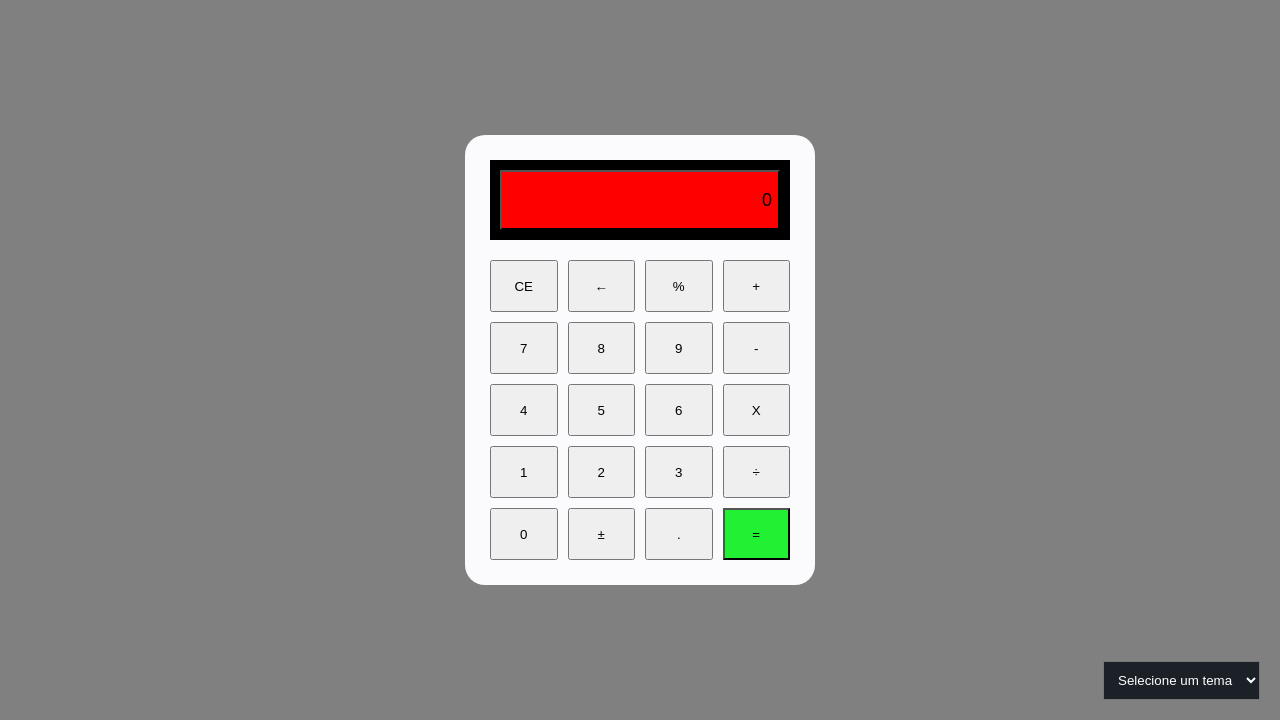
Repository: thislucasme/changing-theme-color-html-css-js
Page: index.html
An editor plug-in stored every save of this project. The page is shown before and after the next save, followed by the edit.
The browser window is 1280 px wide. The pictures show the whole page.

Above is the page before, as saved 2022-06-29 16:34:55.

### index.html
<!DOCTYPE html>
<html lang="pt_BR">

<head>
    <meta charset="UTF-8">
    <meta http-equiv="X-UA-Compatible" content="IE=edge">
    <meta name="viewport" content="width=device-width, initial-scale=1.0">
    <title>Atividade 22 - Calculadora Javascript</title>
    <link href="css/estilo.css" rel="stylesheet"/>
</head>

<body>
    <div class="calculadora">
        <div class="painel" >
            <div class="operacao" ></div>
            <div class="resultado"></div>
            <button id="resultado"  name="resultado">0</button>
        </div>

        <div class="botoes">
            <button class="botao" id="apagar" onclick="limpar(0)">CE</button>
            <button class="botao" id="apagar" onclick="apagarUltimo()">&#8592;</button>
            <button class="botao" id="porcentagem" onclick="porcentagem()">%</button>
            <button class="botao" id="soma" onclick="verificarSinal('+')">+</button>
            <button class="botao" id="sete" onclick="pegarNumero(7)">7</button>
            <button class="botao" id="oito" onclick="pegarNumero(8)">8</button>
            <button class="botao" id="nove" onclick="pegarNumero(9)">9</button>
            <button class="botao" id="subtrair" onclick="verificarSinal('-')">-</button>
            <button class="botao" id="quatro" onclick="pegarNumero(4)">4</button>
            <button class="botao" id="cinco" onclick="pegarNumero(5)">5</button>
            <button class="botao" id="seis" onclick="pegarNumero(6)">6</button>
            <button class="botao" id="multiplicar" onclick="verificarSinal('x')">X</button>
            <button class="botao" id="um" onclick="pegarNumero(1)">1</button>
            <button class="botao" id="dois" onclick="pegarNumero(2)">2</button>
            <button class="botao" id="3" onclick="pegarNumero(3)">3</button>
            <button class="botao" id="dividir" onclick="verificarSinal('/')">&#247;</button>
            <button class="botao" id="0" onclick="pegarNumero(0)">0</button>
            <button class="botao" id="mais/menos" onclick="mudarSinal()">&#177;</button>
            <button class="botao" id="virgula" onclick="colocarPonto()">.</button>
            <button class="botao" id="igual" onclick="darResultado()">=</button>
        </div>
    </div>
    <select name="tema" id="tema" >
        <option value="tema-padrao">Selecione um tema</option>
        <option value="tema-1">Tema 1</option>
        <option value="tema-2">Tema 2</option>
        <option value="tema-3">Tema 3</option>
        <option value="tema-4">Tema 4</option>
        <option value="tema-5">Tema 5</option>
    </select>
</body>

<script src="js/script.js" ></script>

</html>

### css/estilo.css
body {
    background-color: grey;
}

html {
    margin: 0;
    padding: 0;
    height: 100vh;
    display: flex;
    justify-content: center;
    align-items: center;
}

.tema-padrao {
    --color-primary: #0060df;
    --color-secondary: #fbfbfe;
    --color-accent: #fd6f53;
    --font-color: #000000;
    --visor-color: #000000;
    --visor-interno-color: #9b0e6c;
    --cor-botao-igual: rgb(33, 241, 50);
}

.tema-1 {
    --color-primary: #0060df;
    --color-secondary: #fbfbfe;
    --color-accent: #fd6f53;
    --font-color: #000000;
    --visor-color: #000000;
    --visor-interno-color: #696969;
    --cor-botao-igual: rgb(210, 241, 33);
}

.theme-dark {
    --color-primary: #17ed90;
    --color-secondary: #243133;
    --color-accent: #12cdea;
    --font-color: #ffffff;
    --visor-color: #000000;
    --visor-interno-color: #575107;
    --cor-botao-igual: rgb(238, 61, 61);
}

.calculadora {
    width: 300px;
    height: 400px;
    background-color: var(--color-secondary);
    border-radius: 20px;
    padding: 25px;
    display: flex;
    flex-direction: column;

}

#igual {
    background-color: var(--cor-botao-igual);
}



.painel {
    height: 80px;
    width: 100%;
    background-color: var(--visor-color);
    margin-bottom: 20px;
    font-family: 'LCDMono2 Bold', monospace;
    color: rgba(0, 0, 0, 0.6);
    text-shadow: 4px 4px 3px rgb(0 0 0 / 30%);
    padding: 10px;
    box-sizing: border-box;
    text-align: right;
}

#resultado {
    background-color: red;
    height: 60px;
    width: 100%;
    text-align: right;
    font-size: 18px;
}

.botoes {

    display: grid;
    grid-template-columns: repeat(4, 1fr);
    grid-template-rows: repeat(5, 1fr);
    gap: 10px;
    flex: 1;
}

.botoes a {

    background-color: #666;
    text-decoration: none;
    color: black;
    text-align: center;
    font-size: 1.5em;
    display: flex;
    justify-content: center;
    align-items: center;
}

.btn-igual {
    grid-row-start: 4;
    grid-row-end: 6;
    grid-column-start: 4;

}

.btn-c {
    grid-column-start: 1;
    grid-column-end: 3;
}

.btn-0 {
    grid-column-start: 1;
    grid-column-end: 3;
}

#tema {
    background-color: rgb(28, 32, 39);
    color: white;
    padding: 10px;
    position: fixed;
    bottom: 20px;
    right: 20px;
}

#tema>option:hover {
    box-shadow: 0 0 10px 100px #a86218 inset;

}

.tema-1 {
    background-color: grey;
}

.tema-1 .botoes a {
    background-color: aquamarine;
    box-shadow: #666;
}

.tema-2 {
    background-color: red;
}

.tema-3 {
    background-color: azul;
}

.tema-4 {
    background-color: aquamarine;
}

@font-face {
    font-family: 'LCDMono2 Bold';
    font-style: normal;
    font-weight: normal;
    src: local('LCDMono2 Bold'), url('../fonts/LCDM2B__.woff') format('woff');
}

### js/script.js
const nmrTela = document.getElementById("resultado")
var valoresEspaco = '';
var valores = []
window.addEventListener("keydown", teclado);



function pegarNumero(numero) {
    if (nmrTela.innerHTML == "0") {
        nmrTela.innerHTML = numero
    }
    else {
        nmrTela.innerHTML += `${numero}`
    }
}

function verificarSinal(sinal) {
    if (valores.length <= 1) {
        valoresEspaco = nmrTela.innerHTML.split(' ')
        valores.push(parseFloat(nmrTela.innerHTML))
        nmrTela.innerHTML += ` ${sinal} `
        valores.push(sinal)
    }
}

function porcentagem() {
    var caracteres = nmrTela.innerHTML.split(' ')
    console.log(caracteres.length, caracteres)
    if (caracteres.length == 3) {
        var valorPorCento = parseFloat(caracteres[2]) / 100
        var caracteresValor2 = caracteres[2].split('')
        if (caracteresValor2.length != 0) {
            if (caracteresValor2[caracteresValor2.length - 1] != "%") {
                nmrTela.innerHTML += '%'
            }
            valores.push(valorPorCento)
        }
    }
}

function colocarPonto() {
    var caracteresDaConta = []
    var caracteresValor1 = []
    var caracteresValor2 = []
    caracteresDaConta.push(nmrTela.innerHTML.trim().split(' '))//separa entre valor 1, operação e valor2
    caracteresValor1.push(caracteresDaConta[0][0].split(''))//separa cada caractere do valor 1

    if (caracteresDaConta[0].length == 3) {
        caracteresValor2.push(caracteresDaConta[0][2].split(''))//se exister 3 posições, separa cada caractere do valor 2
        verificarSeExistePonto(caracteresValor2)
    }

    verificarSeExistePonto(caracteresValor1)

    function verificarSeExistePonto(caracteresValor) {
        for (let i in caracteresValor[0]) {
            if (caracteresValor[0][i] == '.') {
                var acumuladora = '.'
            }
        }

        if (!(acumuladora == '.')) {
            nmrTela.innerHTML += '.'
        }
    }
}

function mudarSinal() {
    const caracteresDaConta = nmrTela.innerHTML.trim().split(' ')
    let caracteresValor1 = caracteresDaConta[0].split('')
    let valor1 = ''
    let valor2 = ''

    if (caracteresDaConta.length == 3) {
        var caracteresValor2 = caracteresDaConta[2].split('')

        if (caracteresValor2[0] == '-') {
            caracteresValor2.shift()
            imprimirValor(caracteresValor2, valor2, caracteresDaConta)
        }
        else {
            caracteresValor2.unshift('-')
            imprimirValor(caracteresValor2, valor2, caracteresDaConta);
        }
    }

    if (valores.length == 0) {
        if (caracteresValor1[0] == "-") {
            caracteresValor1.shift()
            imprimirValor(caracteresValor1, valor1)
        }
        else {
            caracteresValor1.unshift('-')
            imprimirValor(caracteresValor1, valor1)
        }
    }

    function imprimirValor(caracteresValor, valorNumero, caracteresConta) {
        caracteresValor.forEach(valor => {
            valorNumero += valor;
        })
        if (caracteresConta != undefined) {
            nmrTela.innerHTML = `${caracteresConta[0]} ${caracteresConta[1]} ${valorNumero}`
        }
        else {
            nmrTela.innerHTML = valorNumero
        }
    }
}

function darResultado() {
    var resultado = 0
    var operacao = valores[1]
    if (operacao == '-') {
        tratarResultado('-')
    }
    else if (operacao == '+') {
        tratarResultado('+')
    }
    else if (operacao == 'x') {
        tratarResultado('*')
    }
    else if (operacao == '/') {
        tratarResultado('/')
    }
    valores.splice(0, 3)

    function tratarResultado(operacao) {
        valoresEspaco = nmrTela.innerHTML.split(' ')
        valores.push(valoresEspaco[2])
        switch (operacao) {
            case '-':
                resultado = parseFloat(valores[0]) - parseFloat(valores[2])
                limpar(resultado)
                break;
            case '+':
                resultado = parseFloat(valores[0]) + parseFloat(valores[2])
                limpar(resultado)
                break;
            case '*':
                resultado = parseFloat(valores[0]) * parseFloat(valores[2])
                limpar(resultado)
                break;
            case '/':
                resultado = parseFloat(valores[0]) / parseFloat(valores[2])
                limpar(resultado)
                break;
        }
    }
}

function limpar(valor) {
    valores.splice(0, 3)
    nmrTela.innerHTML = valor
}

function apagarUltimo() {
    var caracteres = nmrTela.innerHTML.trim().split('')
    var arrayCaracteresTela = ""
    caracteres.pop()
    for (let i in caracteres) { arrayCaracteresTela += caracteres[i] }
    if ((arrayCaracteresTela == []) || (arrayCaracteresTela == '-')) {
        nmrTela.innerHTML = 0
    }
    else {
        nmrTela.innerHTML = arrayCaracteresTela
    }

    if (caracteres.length == 0) {
        valores.pop()
        valores.pop()
    }
}

function teclado() {
    const numbers = '0123456789'
    const operadores = '+-/x'
    var tecla = event.key
    if (numbers.includes(tecla)) {
        pegarNumero(tecla)
    }
    else if (operadores.includes(tecla)) {
        verificarSinal(tecla)
    }
    else switch (tecla) {
        case '*':
            verificarSinal('x')
            break;
        case '%':
            porcentagem()
            break;
        case '.':
        case ',':
            colocarPonto();
            break;
        case '=':
        case 'Enter':
            darResultado();
            break;
        case 'Backspace':
            apagarUltimo()
            break;
        case 'Escape':
            limpar(0);
            break;
    }
}

const options = document.getElementById("tema");

//definir o tema padrão
document.documentElement.className = "tema-padrao";

options.addEventListener("change", function () {
    if (options.value) {
        if (options.value === "tema-1") {
            document.documentElement.className = options.value;
        }
        if (options.value === "tema-2") {
            document.getElementsByClassName("calculadora-dois").classList.remove("calculadora-dois");
            document.getElementsByClassName("calculadora-dois").classList.add("calculadora");
        }
        if (options.value === "tema-3") {
            console.log("tema 3")
        }
        if (options.value === "tema-4") {
            console.log("tema 4")
        }
    }
});

After the next save:
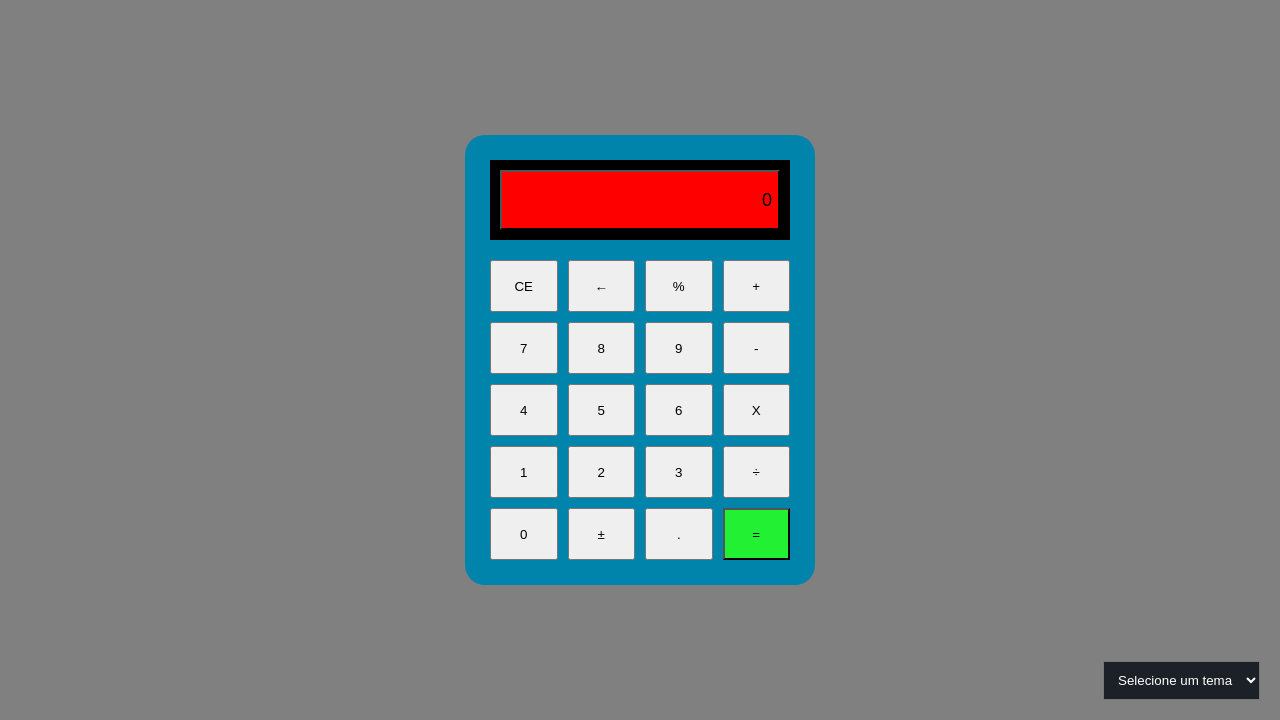
Saved 37 s later.
--- a/css/estilo.css
+++ b/css/estilo.css
@@ -13,7 +13,7 @@ html {
 
 .tema-padrao {
     --color-primary: #0060df;
-    --color-secondary: #fbfbfe;
+    --color-secondary: #0084ac;
     --color-accent: #fd6f53;
     --font-color: #000000;
     --visor-color: #000000;
